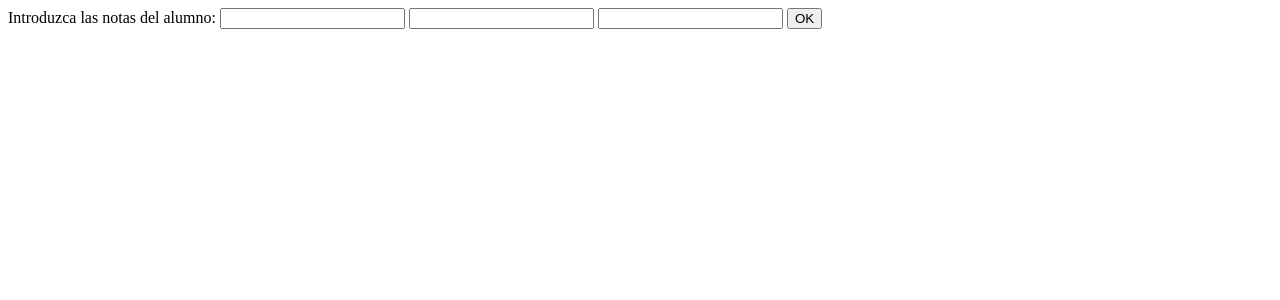
Repository: Matmart13/Acceso-a-Datos-2
Page: http://localhost/JSP1/Ejercicio3.jsp
The author's editor kept a copy of each file at every save. The page is drawn from the files as they stood at one save, then again after the next save.
The browser window is 1280 px wide. The pictures show the whole page.
The page is served by Tomcat 9.

Above is the page before, as saved 2023-01-30 15:04:27.

### JSP1/src/main/webapp/Ejercicio3.jsp
<%-- Ejercicio 3.jsp --%>
<%@page contentType="text/html" pageEncoding="UTF-8"%>
<!DOCTYPE html>
<html>
<head>
<meta http-equiv="Content-Type" content="text/html; charset=UTF-8">
</head>
<body>
<form method="get" action="resultadoEj1.jsp">
Introduzca las notas del alumno:
<input type="text" name="numero1">
<input type="text" name="numero2">
<input type="text" name="numero3">
<input type="submit" value="OK">
</form>
</body>
</html>

After the next save:
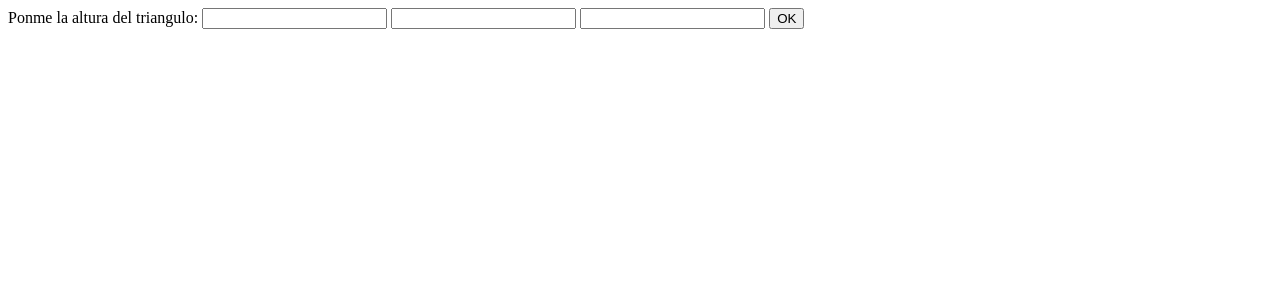
Saved 32 s later.
--- a/JSP1/src/main/webapp/Ejercicio3.jsp
+++ b/JSP1/src/main/webapp/Ejercicio3.jsp
@@ -7,7 +7,7 @@
 </head>
 <body>
 <form method="get" action="resultadoEj1.jsp">
-Introduzca las notas del alumno:
+Ponme la altura del triangulo:
 <input type="text" name="numero1">
 <input type="text" name="numero2">
 <input type="text" name="numero3">
